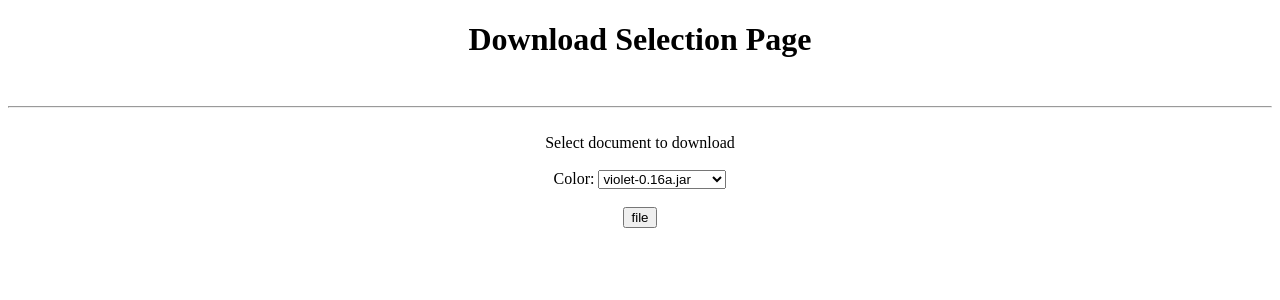
Repository: weshayutin/java258Online
Page: workspace/westest/WebContent/download1.html
These files come from the project's save history. The page is drawn as it stood at one moment and after the next save; the edit follows.
The browser window is 1280 px wide. The pictures show the whole page.

Above is the page before, as saved 2011-01-29 22:22:34.

### workspace/westest/WebContent/download1.html
<!DOCTYPE html PUBLIC "-//W3C//DTD HTML 4.01 Transitional//EN" "http://www.w3.org/TR/html4/loose.dtd">
<html>
<head>
<meta http-equiv="Content-Type" content="text/html; charset=UTF-8">
<title>Insert title here</title>
</head>
<body>
<center>
<h1 align="center">Download Selection Page</h1>
<br>
<hr/>
<br>
<form method="POST" action="getFile.do">
Select document to download
<br><br>
Color:
<select>
<option>violet-0.16a.jar</option>
<option>Programming.doc</option>
</select>


	<br><br>
	<input type="SUBMIT" name="file" value="file"/>
</form>




</center>

</body>
</html>

After the next save:
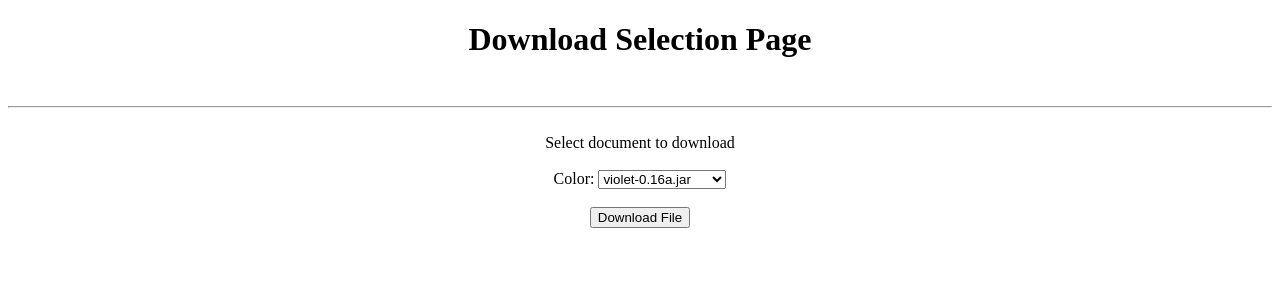
Saved 36 s later.
--- a/workspace/westest/WebContent/download1.html
+++ b/workspace/westest/WebContent/download1.html
@@ -21,7 +21,7 @@
 
 
 	<br><br>
-	<input type="SUBMIT" name="file" value="file"/>
+	<input type="SUBMIT" name="file" value="Download File"/>
 </form>
 
 
